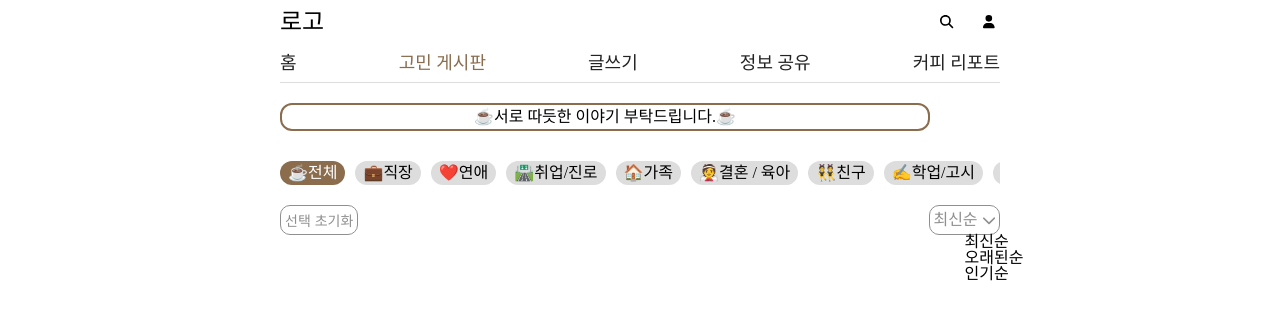
Repository: zlazlazla35/coffee
Page: /list
The author's editor kept a copy of each file at every save. The page is drawn from the files as they stood at one save, then again after the next save.
The browser window is 1280 px wide. The pictures show the whole page.
Some web fonts or font styles are not loaded; a fallback is used. The project was rebuilt for these pictures with package versions that can differ from the ones it lists, and the page was loaded fresh each time. The framework's server and built-in components were replaced by stand-ins that run in the browser. Also part of the build but not shown: next.config.mjs.

Above is the page before, as saved 2024-12-26 18:31:52.

### src/app/layout.js
import { Geist, Geist_Mono } from "next/font/google";
import "./globals.css";
import Link from "next/link";
import { FontAwesomeIcon } from '@fortawesome/react-fontawesome'
import { faMagnifyingGlass, faUser } from '@fortawesome/free-solid-svg-icons'
import NavMenu from "./component/NavMenu";

const geistSans = Geist({
  variable: "--font-geist-sans",
  subsets: ["latin"],
});

const geistMono = Geist_Mono({
  variable: "--font-geist-mono",
  subsets: ["latin"],
});

export const metadata = {
  title: "Create Next App",
  description: "Generated by create next app",
};

export default function RootLayout({ children }) {
  return (
    <html lang="en">
      <body className={`${geistSans.variable} ${geistMono.variable}`}>
        <div className="nav_bar">
          <div className="nav_bar_top">
            <Link className="logo" href={'/'}>로고</Link>
            <div className="userBox">
              <button>
                <FontAwesomeIcon icon={faMagnifyingGlass} />
              </button>
              <button>
                <FontAwesomeIcon icon={faUser} />
              </button>
            </div>
          </div>
          <div className="nav_bar_bottom">
          <NavMenu></NavMenu>
          </div>
        </div>
        {children}
      </body>
    </html>
  );
}

### src/app/list/page.js
'use client'
import { useState } from "react"
import { FontAwesomeIcon } from '@fortawesome/react-fontawesome'
import { faChevronDown } from '@fortawesome/free-solid-svg-icons'

export default function List() {
    let [tagList, setTagList] = useState(['☕전체', '💼직장', '❤️연애', '🛣️취업/진로', '🏠가족', '👰결혼 / 육아', '👯친구', '✍️학업/고시', '🚫중독', '💰사업 / 금전', '💉질병 / 질환']);
    let [tagActive, setTagActive] = useState([true, false, false, false, false, false, false, false, false, false, false])







    return (
        <div className="liset_page">
            <div className="top_border">
                ☕서로 따듯한 이야기 부탁드립니다.☕
            </div>
            <div className="tag">
                <ul className="tag_list">
                    {
                        tagList.map((item, i) => {

                            return (
                                <li className={tagActive[i] == true ? 'on' : null} key={i} onClick={(e) => {
                                    let copy = [...tagActive];

                                    if (copy[i] == false) {
                                        copy[i] = true;
                                        setTagActive(copy);
                                    } else {
                                        copy[i] = false;
                                        setTagActive(copy);
                                    }

                                    if (e.target.innerHTML !== '☕전체') {
                                        copy[0] = false;
                                        setTagActive(copy);
                                    } else {
                                        let copy2 = [true, false, false, false, false, false, false, false, false, false, false];
                                        setTagActive(copy2);
                                    }
                                }} >{item}</li>
                            )
                        })
                    }
                </ul>
            </div>
            <div className="filterBox">
                <button className="tag_reset">선택 초기화</button>
                <div className="filterSelectBox">
                    <h2 className="title">최신순<FontAwesomeIcon icon={faChevronDown} /></h2>
                    <ul className="filterSelect">
                        <li>최신순</li>
                        <li>오래된순</li>
                        <li>인기순</li>
                    </ul>
                </div>
            </div>
        </div>
    )
}

//

### src/app/globals.css
@font-face {
    font-family: 'Ownglyph_StudyHard-Rg';
    src: url('https://fastly.jsdelivr.net/gh/projectnoonnu/2411-3@1.0/Ownglyph_StudyHard-Rg.woff2') format('woff2');
    font-weight: normal;
    font-style: normal;
}
/* /styles/reset.css */
body {font-family: 'Ownglyph_StudyHard-Rg' !important;}
html, body, div, span, applet, object, iframe,
h1, h2, h3, h4, h5, h6, p, blockquote, pre,
a, abbr, acronym, address, big, cite, code,
del, dfn, em, img, ins, kbd, q, s, samp,
small, strike, strong, sub, sup, tt, var,
b, u, i, center,
dl, dt, dd, ol, ul, li,
fieldset, form, label, legend,
table, caption, tbody, tfoot, thead, tr, th, td,
article, aside, canvas, details, embed,
figure, figcaption, footer, header, hgroup,
menu, nav, output, ruby, section, summary,
time, mark, audio, video {
	margin: 0;
	padding: 0;
	border: 0;
	font-size: 100%;
	font: inherit;
	vertical-align: baseline;
}
/* HTML5 display-role reset for older browsers */
article, aside, details, figcaption, figure,
footer, header, hgroup, menu, nav, section {
	display: block;
}
body {
	line-height: 1;
}
ol, ul {
	list-style: none;
}
blockquote, q {
	quotes: none;
}
blockquote:before, blockquote:after,
q:before, q:after {
	content: '';
	content: none;
}
table {
	border-collapse: collapse;
	border-spacing: 0;
}
input:focus {outline: none;}
a {text-decoration: none; color: inherit;}


.nav_bar {width: 100%; max-width: 720px; margin: 0 auto;}
.nav_bar .nav_bar_top {width: 100%; display: flex; align-items: center; justify-content: space-between; box-sizing: border-box; padding: 10px 0; }
.nav_bar .nav_bar_top .logo {font-size: 24px; }
.nav_bar .nav_bar_top .userBox {display: flex; align-items: center;}
.nav_bar .nav_bar_top .userBox button {width: 22px; display: block; background: none; border: none; padding: 0;}
.nav_bar .nav_bar_top .userBox button {margin-right: 20px;}
.nav_bar .nav_bar_top .userBox button:last-child {margin-right: 0;}
.nav_bar .nav_bar_bottom {width: 100%; }
.nav_bar .nav_bar_bottom .nav_list {display: flex; align-items: center; justify-content: space-between; box-sizing: border-box; padding: 10px 0; border-bottom: 1px solid #ddd;}
.nav_bar .nav_bar_bottom .nav_list li { font-size: 18px; color: #232323; }
.nav_bar .nav_bar_bottom .nav_list li a.active {color: #8b6d4e; }


.liset_page {width: 100%; max-width: 720px; margin: 0 auto;}
.liset_page .top_border {width: 100%; max-width: 650px; border: 2px solid #8b6d4e; border-radius: 12px; display: flex; align-items: center; justify-content: center; font-size: 16px; box-sizing: border-box; padding: 4px; margin: 20px 0 30px;}
.liset_page .tag {width: 100%;}
.liset_page .tag .tag_list {width: 100%; display: flex; align-items: center; white-space: nowrap; overflow-x: scroll;}
.liset_page .tag .tag_list::-webkit-scrollbar {height: 8px;}
.liset_page .tag .tag_list::-webkit-scrollbar-thumb {background: #a89f96; border-radius: 10px; }
.liset_page .tag .tag_list::-webkit-scrollbar-track {background: rgba(123, 87, 8, 0.1); }
.liset_page .tag .tag_list li {background: #ddd; font-size: 16px; box-sizing: border-box; padding: 4px 8px; border-radius: 12px; margin-right: 10px; cursor: pointer;}
.liset_page .tag .tag_list li:last-child {margin-right: 0;}
.liset_page .tag .tag_list li.on {background: #8b6d4e; color: #fff;}
.liset_page .filterBox {width: 100%; display: flex; align-items: center; justify-content: space-between;}
.liset_page .filterBox .filterSelectBox {display: flex; position: relative; border: 1px solid #8f8f8f; border-radius: 10px; width: 100%; max-width: 69px; height: 28px; align-items: center; justify-content: center; margin: 20px 0;}
.liset_page .filterBox .filterSelectBox .title {font-size: 16px; color: #8f8f8f;}
.liset_page .filterBox .filterSelectBox .title svg {font-size: 14px; margin-left: 4px;}
.liset_page .filterBox .filterSelectBox .filterSelect {position: absolute; left: 50%; top: 28px; width: 100%;}
.liset_page .filterBox .filterSelectBox .filterSelect {width: 100%;}


.liset_page .filterBox .tag_reset{display: inline-block; box-sizing: border-box; padding: 4px; border: 1px solid #8f8f8f; background: none; color: #8f8f8f; font-size: 14px; border-radius: 10px;}

### src/app/component/NavMenu.js
'use client'

import Link from "next/link";
import { usePathname } from "next/navigation";

export default function NavMenu() {
    const pathname = usePathname();

    return (
        <ul className="nav_list">
            <li>
                <Link href={'/'}>홈</Link>
            </li>
            <li>
                <Link className={pathname == '/list'? 'active' : null} href={'/list'}>고민 게시판</Link>
            </li>
            <li>
                <Link className={pathname == '/writing'? 'active' : null} href={'/writing'}>글쓰기</Link>
            </li>
            <li>
                <Link className={pathname == '/share'? 'active' : null} href={'/share'}>정보 공유</Link>
            </li>
            <li>
                <Link className={pathname == '/report'? 'active' : null} href={'/report'}>커피 리포트</Link>
            </li>
        </ul>
    )
}

After the next save:
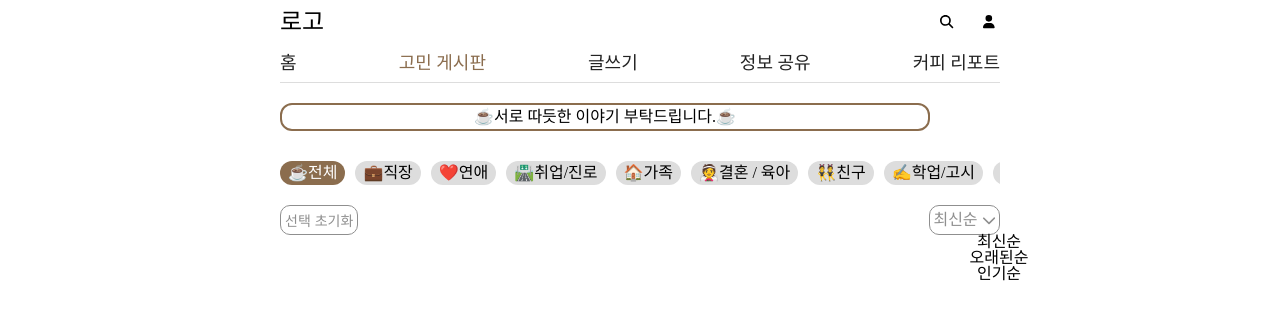
Saved 8 s later.
--- a/src/app/globals.css
+++ b/src/app/globals.css
@@ -82,6 +82,7 @@ a {text-decoration: none; color: inherit;}
 .liset_page .filterBox .filterSelectBox .title svg {font-size: 14px; margin-left: 4px;}
 .liset_page .filterBox .filterSelectBox .filterSelect {position: absolute; left: 50%; top: 28px; width: 100%;}
 .liset_page .filterBox .filterSelectBox .filterSelect {width: 100%;}
+.liset_page .filterBox .filterSelectBox .filterSelect li {width: 100%; text-align: center;}
 
 
 .liset_page .filterBox .tag_reset{display: inline-block; box-sizing: border-box; padding: 4px; border: 1px solid #8f8f8f; background: none; color: #8f8f8f; font-size: 14px; border-radius: 10px;}
